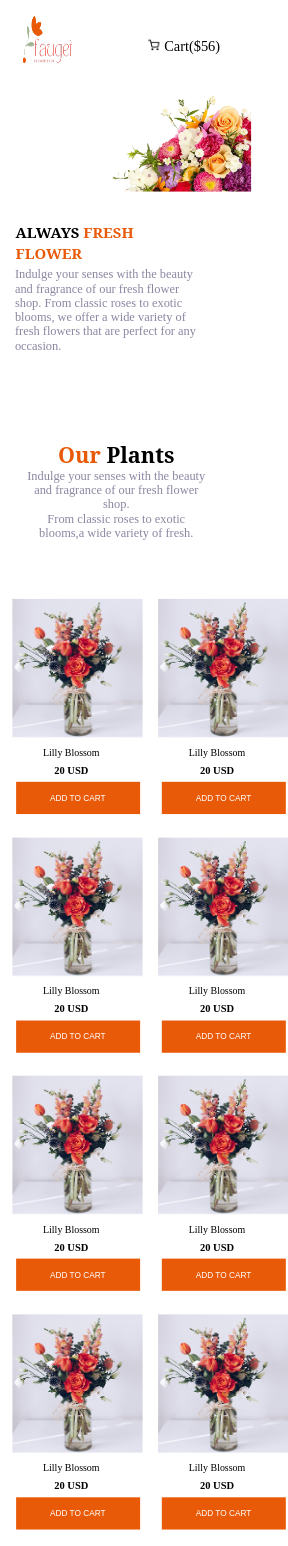
Repository: dollyrakhe22/Flowers-main-website
Page: index.html
The author's editor kept a copy of each file at every save. The page is drawn from the files as they stood at one save, then again after the next save.
The browser window is 375 px wide. The page is 465 px wide, then 405 px, so the pictures cover 465 px, including what lies to the right of the window. The pictures show the whole page, at 62% of full size.
Some web libraries are served in a nearby version.

Above is the page before, as saved 2025-07-25 17:36:32.

After the next save:
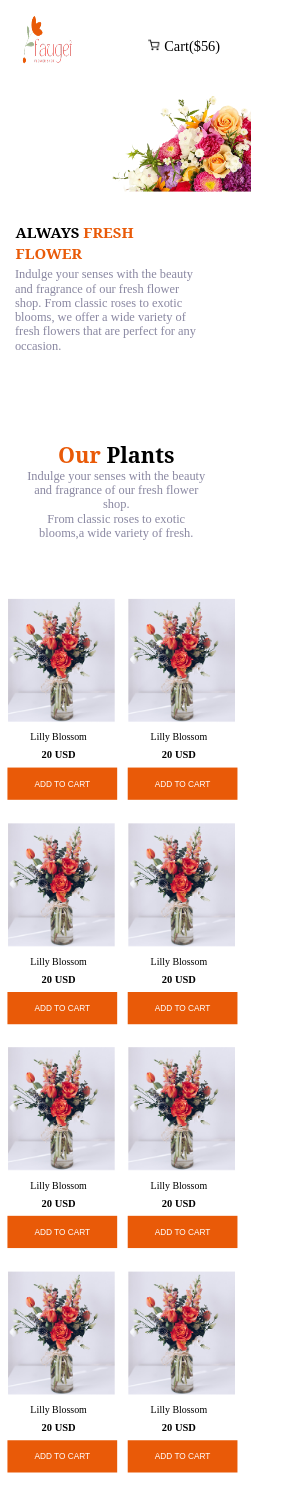
Saved 13 min 49 s later.
--- a/style.css
+++ b/style.css
@@ -414,20 +414,20 @@ input{
     margin: 45px auto;
 }
 .plant-card img{
-   width: 210px;
-   height: 225px;
+   width: 172px;
+   height: 200px;
    margin-top: 50px;
-   margin-left: 20px;
+   margin-left: 9px;
 
 
 }
   .btn{
 
-   width: 200px;
+   width: 177px;
    height: 52px;
-   margin-top: 8px;
-   margin-bottom: -30px;
-   margin-left: 21px;
+   margin-top: 10px;
+   margin-bottom: -67px;
+   margin-left: 12px;
 
 }
 .lily,.price{
